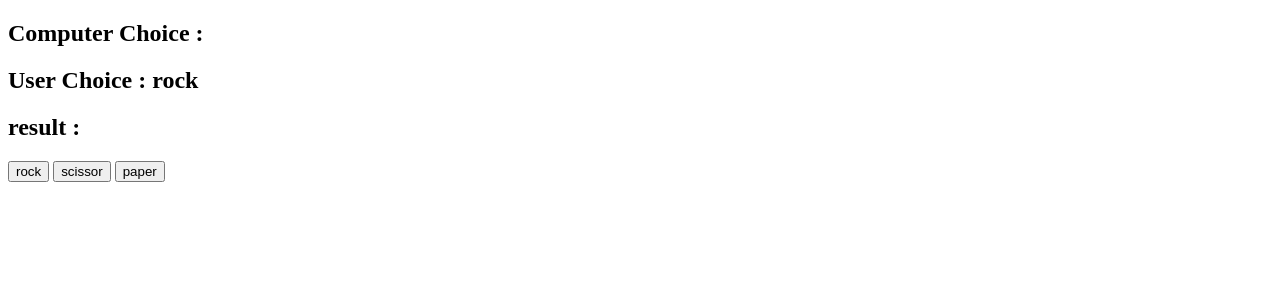
Repository: anonymous1508/rockpapersci
Page: index.html
An editor plug-in stored every save of this project. The page is shown before and after the next save, followed by the edit.
The browser window is 1280 px wide. The pictures show the whole page.
After loading, the first visible `#rock` was clicked once.

Above is the page before, as saved 2023-05-23 12:59:00.

### index.html
<!DOCTYPE html>
<html lang="en">
<head>
    <meta charset="UTF-8">
    <meta http-equiv="X-UA-Compatible" content="IE=edge">
    <meta name="viewport" content="width=device-width, initial-scale=1.0">
    <title>Rock Paper and Scissor</title>
</head>
<body>

    <h2>Computer Choice : <span id="computer-choice"></span></h2>
    <h2>User Choice : <span id="user-choice"></span></h2>
    <h2>result : <span id="result"></span></h2>
    <button id="rock">rock</button>
    <button id="scissor">scissor</button>
    <button id="paper">paper</button>

    <script src="./app.js"></script>
</body>

</html>

### app.js
const computerchoice= document.getElementById("computer-choice");
const userchoice= document.getElementById("user-choice");
const result= document.getElementById("result");
const possiblechoices= document.querySelectorAll('button');
let userChoice
possiblechoices.forEach(possiblechoice=> possiblechoice.addEventListener('click',(e)=>{
    userChoice=e.target.id
    userchoice.innerHTML=userChoice
    generateComputerChoice()
}))
function generateComputerChoice(){
    const randomno= Math.floor(Math.random()*3)+1
    console.log(randomno)
}

After the next save:
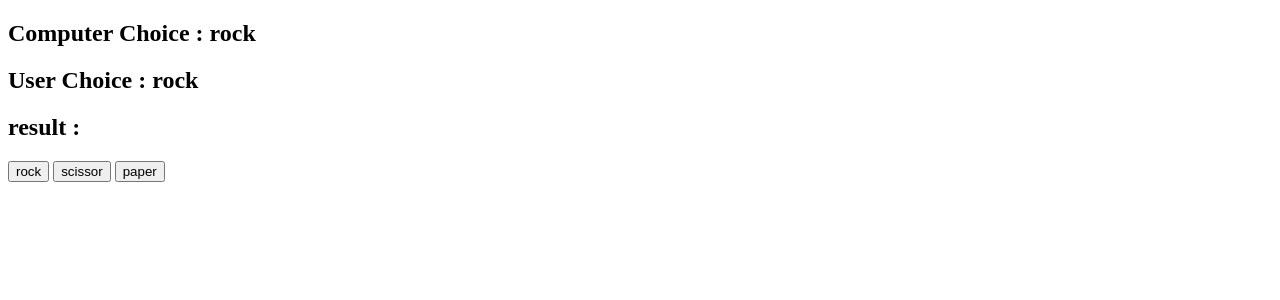
Saved 2 min 8 s later.
--- a/app.js
+++ b/app.js
@@ -3,6 +3,7 @@ const userchoice= document.getElementById("user-choice");
 const result= document.getElementById("result");
 const possiblechoices= document.querySelectorAll('button');
 let userChoice
+let computerChoice
 possiblechoices.forEach(possiblechoice=> possiblechoice.addEventListener('click',(e)=>{
     userChoice=e.target.id
     userchoice.innerHTML=userChoice
@@ -11,4 +12,14 @@ possiblechoices.forEach(possiblechoice=> possiblechoice.addEventListener('click'
 function generateComputerChoice(){
     const randomno= Math.floor(Math.random()*3)+1
     console.log(randomno)
+
+    if(randomno===1){
+        computerChoice='rock'
+    }
+    if(randomno===2){
+        computerChoice='scissor'
+    } if(randomno===3){
+        computerChoice='paper'
+    }
+    computerchoice.innerHTML=computerChoice
 }
